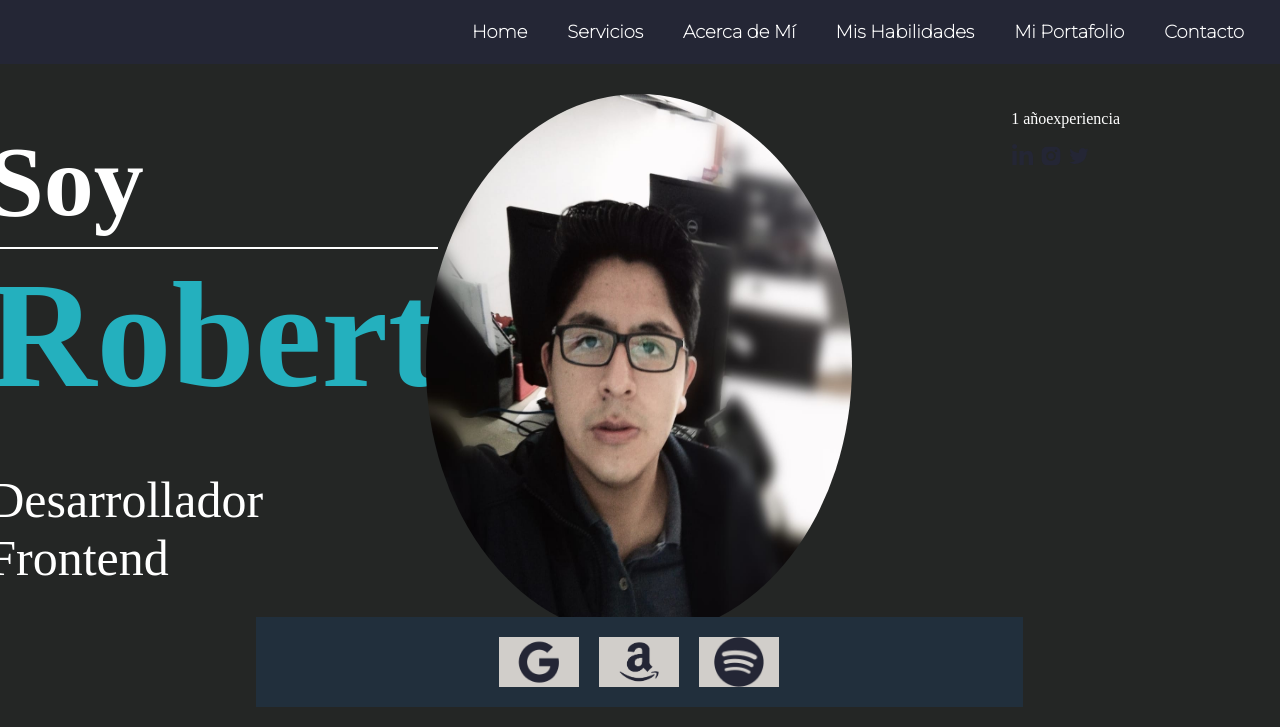
Repository: RobertAries28/PortafolioRobertEscalanteGomez2022
Page: index.html
The author's editor kept a copy of each file at every save. The page is drawn from the files as they stood at one save, then again after the next save.
The browser window is 1280 px wide. The pictures show the whole page.

Above is the page before, as saved 2022-02-15 11:58:33.

### index.html
<!DOCTYPE html>
<html lang="en">
<head>
    <meta charset="UTF-8">
    <meta http-equiv="X-UA-Compatible" content="IE=edge">
    <meta name="viewport" content="width=device-width, initial-scale=1.0">
    <link rel="preconnect" href="https://fonts.googleapis.com">
<link rel="preconnect" href="https://fonts.gstatic.com" crossorigin>
<link href="https://fonts.googleapis.com/css2?family=Montserrat:wght@100&display=swap" rel="stylesheet">
    <link rel="stylesheet" href="estilos.css">
    <title>Document</title>
</head>
<body>
    <header class="main-header">
        <div class="l-container">

        <div class="main-menu-toggle" id="main-menu-toggle"></div>
             <nav class="main-nav" id="main-nav">
                 <ul class="main-menu">
                       <li class="main-menu__item">
                           <a class="main-menu__link" href="#">
                              Home
                           </a>
                       </li>

                       <li class="main-menu__item">
                         <a class="main-menu__link" href="#">
                           Servicios
                         </a>
                       </li>

                       <li class="main-menu__item">
                        <a class="main-menu__link" href="#">
                          Acerca de Mí
                        </a>
                       </li>


                     <li class="main-menu__item">
                         <a class="main-menu__link" href="#">
                           Mis Habilidades
                         </a>
                     </li>

                     <li class="main-menu__item">
                        <a class="main-menu__link" href="#">
                         Mi Portafolio
                        </a>
                    </li>

                    <li class="main-menu__item">
                        <a class="main-menu__link" href="#">
                         Contacto
                        </a>
                    </li>


                 </ul>
             </nav>


        </div>
     </header>
     <section>
        <div class="section-nombre">
              <h2>Soy</h2><hr color="white"/>
              <h1>Robert</h1>
              <p class="parrafo">Desarrollador Frontend</p>
        </div>

        <div class="section-imagen">
              <img src="imagenes/fotoPerfil.jpeg" alt="">
        </div>

        <div class="section-experiencia">
               <p><span>1 año</span>experiencia</p>
               <div>
                 <img src="imagenes/linkedin.svg" alt="">
                 <img src="imagenes/instagram.svg" alt="">
                 <img src="imagenes/twitter.svg" alt="">
               </div>
        </div>

        <div class="section-iconos">
          <div>
             <img src="imagenes/gmail.png" alt="">
             <img src="imagenes/amazon.png" alt="">
             <img src="imagenes/spotify.png" alt="">
            </div>
        </div>
    </section>
    <script src="javascript.js"></script>
</body>
</html>

### estilos.css
body{
    margin: 0;
    background: #242625;
}

.main-header{
    height: 4rem;
    background: #242635;
    position:sticky;

	top:0;

}
.l-container{
    max-width: 100%;
    padding-left: 1rem;
    padding-right: 1rem;
    display: flex;
    justify-content: space-between;
    align-items: center;

    height: 100%;
    color: white;

}
.main-menu{
    margin-top: 0;
    margin-bottom: 0;
    padding-left: 0;
    list-style: none;
    display: flex;
}

.main-menu li{
    padding: 0 20px;
}

a{
  text-decoration: none;
  color: white;
  font-family: 'Montserrat', sans-serif;
  font-size: 18px;
  font-weight: bold;
}


/*section*/

section{
    display: grid;
    grid-template-columns: repeat(3,33.3%);
    grid-template-rows: repeat(3,auto);
    justify-items: center;
    padding-top: 30px;

}

.section-nombre h1{
    font-size: 150px;
    margin: 0;
    color: #24B0BE;
}

.section-nombre h2{
    font-size: 100px;
    margin: 0;
    margin-top: 30px;
    color: white;
}

.section-nombre .parrafo{
    color: white;
    font-size: 50px;

}
.section-nombre hr{
    margin-bottom: 0;

}

.section-imagen img{
    width: 100%;
    height: 100%;
    border-radius: 50%;


}

.section-experiencia{
    color: white;
}

.section-iconos{
   grid-column: 1 / span 3;
 justify-self: center;
   background: #212F3C;
  width:60%;
  position: relative;
 top: -20px;
}

.section-iconos div{
    display: flex;
  justify-content: center;
}

.section-iconos img{
  height: 50px;
  background: #D1CECA;
  padding: 0 15px;
  margin: 20px 10px;
}




@media screen and ( max-width: 768px){



.main-menu__item{
    padding: .5rem 0 .5rem 1rem
}

.main-menu__link{
    color: white;
    margin-left: 1rem;
}



.main-nav{
    position: fixed;
    height: calc(100vh - 4rem);
    width: 200px;
    background: black;
    top: 4rem;
    right: -200px;




}

.main-menu{
    flex-direction: column;
}

.main-menu li{
    padding: 10px 0;
}



.show{
right: 0px;
transition-duration: 1s;
transition-timing-function:ease-in-out

}

 :not(.show){
     transition-duration: 1s;
  transition-timing-function: ease-in
 }


.main-menu-toggle{
    width: 2.4rem;
    margin-left: calc(100% - 38.4px);
    height: 1.6rem;
    background: linear-gradient(black 20%, transparent 20%, transparent 40%, black 40%, black 60%, transparent 60%, transparent 80%, black 80%);
    cursor: pointer;

}
}

### javascript.js
 const showMenu = (toggleId, navId) =>{
               const toggle = document.getElementById(toggleId),
               nav = document.getElementById(navId)

               if(toggle && nav){
                   toggle.addEventListener('mouseover' , ()=>{
                       nav.classList.toggle('show')
                   })



               }

               if(toggle && nav){
                   toggle.addEventListener('mouseout' , ()=>{
                       nav.classList.toggle('show')
                   })



               }



           }
           showMenu('main-menu-toggle','main-nav')

After the next save:
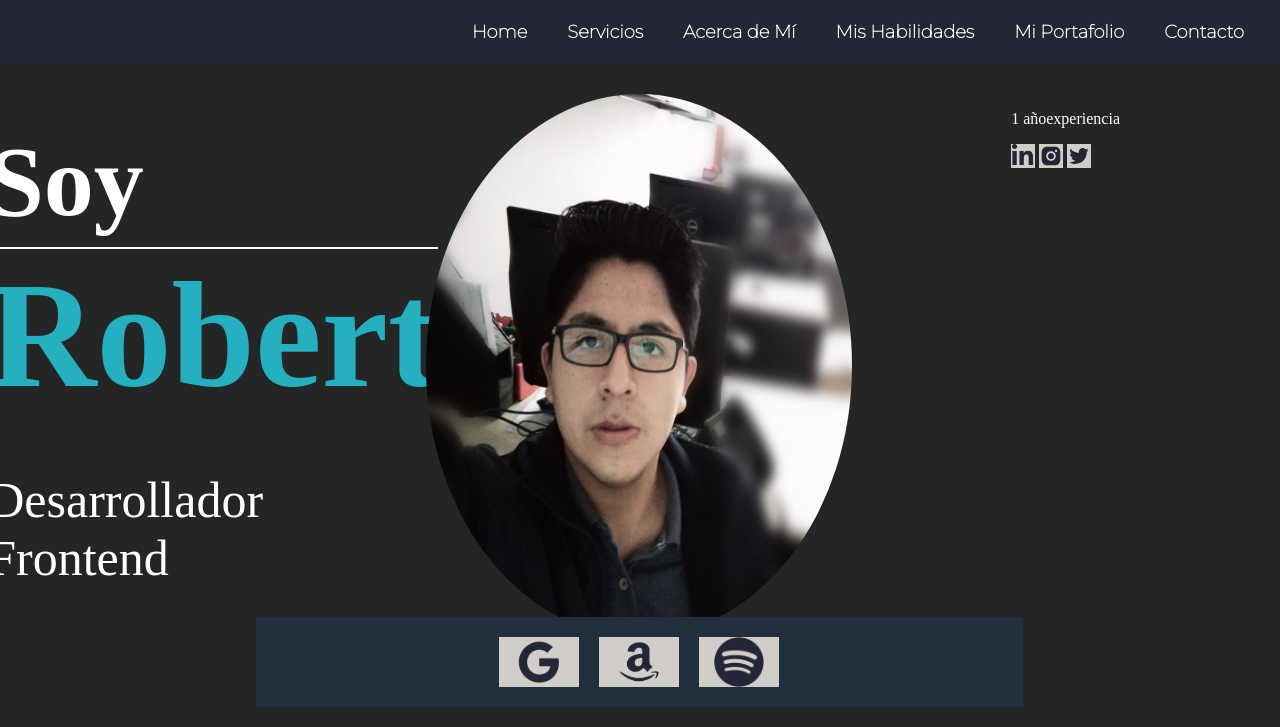
Saved 61 s later.
--- a/estilos.css
+++ b/estilos.css
@@ -88,6 +88,11 @@
 
 .section-experiencia{
     color: white;
+
+}
+
+.section-experiencia img{
+    background: #D1CECA;
 }
 
 .section-iconos{
